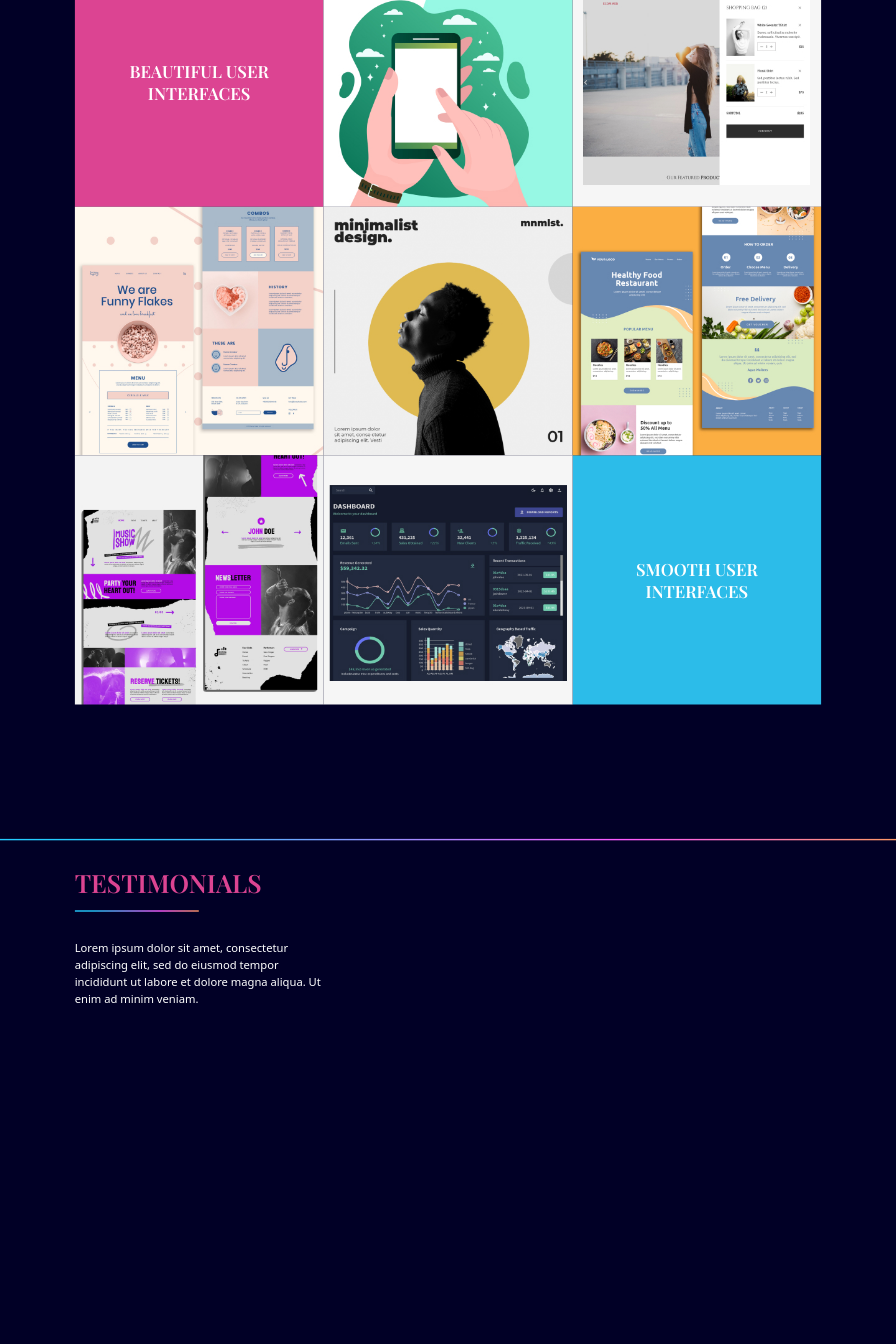
Repository: thibaultNicolas/portfolio-react
Page: /
These files come from the project's save history. The page is drawn as it stood at one moment and after a run of saves; the edit follows.
The browser window is 1280 px wide. The pictures show the part of the page from y = 2039 to 3959 px (the page is 3959 px tall), at 70% of full size.
The project was rebuilt for these pictures with package versions that can differ from the ones it lists, and the page was loaded fresh each time. Also part of the build but not shown: next.config.ts.

Above is the page before, as saved 2023-01-08 12:00:36.

### public/index.html
<!DOCTYPE html>
<html lang="en">

<head>
  <meta charset="utf-8" />
  <link rel="icon" href="%PUBLIC_URL%/favicon.ico" />
  <meta name="viewport" content="width=device-width, initial-scale=1" />
  <meta name="theme-color" content="#000000" />
  <meta name="description" content="Web site created using create-react-app" />
  <link rel="apple-touch-icon" href="%PUBLIC_URL%/logo192.png" />
  <!--
      manifest.json provides metadata used when your web app is installed on a
      user's mobile device or desktop. See https://developers.google.com/web/fundamentals/web-app-manifest/
    -->
  <link rel="manifest" href="%PUBLIC_URL%/manifest.json" />
  <!--
      Notice the use of %PUBLIC_URL% in the tags above.
      It will be replaced with the URL of the `public` folder during the build.
      Only files inside the `public` folder can be referenced from the HTML.

      Unlike "/favicon.ico" or "favicon.ico", "%PUBLIC_URL%/favicon.ico" will
      work correctly both with client-side routing and a non-root public URL.
      Learn how to configure a non-root public URL by running `npm run build`.
    -->
  <title>React App</title>
  <link href="/public/output.css" rel="stylesheet">
</head>

<body>
  <noscript>You need to enable JavaScript to run this app.</noscript>
  <div id="root"></div>
  <!--
      This HTML file is a template.
      If you open it directly in the browser, you will see an empty page.

      You can add webfonts, meta tags, or analytics to this file.
      The build step will place the bundled scripts into the <body> tag.

      To begin the development, run `npm start` or `yarn start`.
      To create a production bundle, use `npm run build` or `yarn build`.
    -->
</body>

</html>

### src/index.css
@import url('https://fonts.googleapis.com/css2?family=Open+Sans:wght@400;600&family=Playfair+Display:wght@400;600&display=swap');

@tailwind base;
@tailwind components;
@tailwind utilities;

html,
body,
#root,
.app{
    height: 100%;
    background-color: #010026;
    @apply text-white;
}

### src/scenes/Navbar.jsx
import { useState } from 'react';
import AnchorLink from 'react-anchor-link-smooth-scroll';
import useMediaQuery from '../hooks/useMediaQuery';

const Link = ({ page, selectedPage, setSelectedPage }) => {
    const lowerCasePage = page.toLowerCase();
    return (
        <AnchorLink
            className={`${selectedPage === lowerCasePage ? 'text-yellow' : ''}
            hover:text-yellow transition duration-500`}
            href={`#${lowerCasePage}`}
            onClick={() => setSelectedPage(lowerCasePage)}
        >
            {page}
        </AnchorLink>
    );
};

const Navbar = ({ isTopOfPage, selectedPage, setSelectedPage }) => {
    const [isMenuToggled, setIsMenuToggled] = useState(false);
    const isAboveSmallScreens = useMediaQuery('(min-width:768px)');
    const navbarBackground = isTopOfPage ? "" : "bg-red";

    return (
        <nav className={`${navbarBackground} z-40 w-full fixed top-0 py-6`}>
            <div className="flex items-center justify-between mx-auto w-5/6">
                <h4 className="font-playfair text-3xl font-bold">NT</h4>

                {/* DESKTOP NAV */}
                {isAboveSmallScreens ? (
                    <div className="flex justify-between gap-16 font-openSans txt-sm font-semibold">
                        <Link
                            page="Home"
                            selectedPage={selectedPage}
                            setSelectedPage={setSelectedPage}
                        />
                        <Link
                            page="Skills"
                            selectedPage={selectedPage}
                            setSelectedPage={setSelectedPage}
                        />
                        <Link
                            page="Projects"
                            selectedPage={selectedPage}
                            setSelectedPage={setSelectedPage}
                        />
                        <Link
                            page="Testimonials"
                            selectedPage={selectedPage}
                            setSelectedPage={setSelectedPage}
                        />
                        <Link
                            page="Contact"
                            selectedPage={selectedPage}
                            setSelectedPage={setSelectedPage}
                        />
                    </div>
                ) : (
                    <button
                        className="rounded-full bg-red p-2"
                        onClick={() => setIsMenuToggled(!isMenuToggled)}
                    >
                        <img src="../assets/menu-icon.svg" alt="menu-icon" />
                    </button>
                )}

                {/* MOBILE MENU POPUP */}
                {!isAboveSmallScreens && isMenuToggled && (
                    <div className="fixed right-0 bottom-0 h-full bg-blue w-[300px]">
                        {/* CLOSE ICON */}
                        <div className="flex justify-end p-12">
                            <button
                                onClick={() => setIsMenuToggled(!isMenuToggled)}
                            >
                                <img
                                    src="../assets/close-icon.svg"
                                    alt="close-icon"
                                />
                            </button>
                        </div>
                        {/* MENU ITEMS */}
                        <div className="flex flex-col gap-10 ml-[33%] text-2xl text-deep-blue">
                            <Link
                                page="Home"
                                selectedPage={selectedPage}
                                setSelectedPage={setSelectedPage}
                            />
                            <Link
                                page="Skills"
                                selectedPage={selectedPage}
                                setSelectedPage={setSelectedPage}
                            />
                            <Link
                                page="Projects"
                                selectedPage={selectedPage}
                                setSelectedPage={setSelectedPage}
                            />
                            <Link
                                page="Testimonials"
                                selectedPage={selectedPage}
                                setSelectedPage={setSelectedPage}
                            />
                            <Link
                                page="Contact"
                                selectedPage={selectedPage}
                                setSelectedPage={setSelectedPage}
                            />
                        </div>
                    </div>
                )}
            </div>
        </nav>
    );
};

export default Navbar;

### src/scenes/DotGroup.jsx
import AnchorLink from 'react-anchor-link-smooth-scroll';
const DotGroup = ({ selectedPage, setSelectedPage }) => {
    const selectedStyles = `relative bg-yellow before:absolute before:w-6 before:h-6
    before:rounded-full before:border-2 before:border-yellow before:left-[-50%]
    before:top-[-50%]`;
    return (
        <div className="flex flex-col gap-6 fixed top-[60%] right-7">
            <AnchorLink
                className={`${selectedPage === 'home' ? selectedStyles : 'bg-dark-grey'}
            w-3 h-3 rounded-full`}
                href="#home"
                onClick={() => setSelectedPage('home')}
            />
            <AnchorLink
                className={`${selectedPage === 'skills' ? selectedStyles : 'bg-dark-grey'}
            w-3 h-3 rounded-full`}
                href="#skills"
                onClick={() => setSelectedPage('skills')}
            />
            <AnchorLink
                className={`${selectedPage === 'projects' ? selectedStyles : 'bg-dark-grey'}
            w-3 h-3 rounded-full`}
                href="#projects"
                onClick={() => setSelectedPage('projects')}
            />
            <AnchorLink
                className={`${selectedPage === 'testimonials' ? selectedStyles : 'bg-dark-grey'}
            w-3 h-3 rounded-full`}
                href="#testimonials"
                onClick={() => setSelectedPage('testimonials')}
            />
            <AnchorLink
                className={`${selectedPage === 'contact' ? selectedStyles : 'bg-dark-grey'}
            w-3 h-3 rounded-full`}
                href="#contact"
                onClick={() => setSelectedPage('contact')}
            />
        </div>
    );
};
export default DotGroup;

### src/scenes/Landing.jsx
import SocialMediaIcons from '../components/SocialMediaIcons';
import useMediaQuery from '../hooks/useMediaQuery';
import { motion } from 'framer-motion';
import AnchorLink from 'react-anchor-link-smooth-scroll';

const Landing = ({ setSelectedPage }) => {
    const isAboveMediumScreens = useMediaQuery('(min-width:1060px)');

    return (
        <section
            id="home"
            className="md:flex md:justify-between md:items-center md:h-full gap-16 py-10"
        >
            {/* IMAGE SECTION */}
            <div className="md:order-2 flex justify-center basis-3/5 z-10 mt-16 md:mt-32">
                {isAboveMediumScreens ? (
                    <div className="relative z-0 ml-20 before:absolute before:-top-20 before:-left-20 before:rounded-t-[400px] before:w-full before:max-w-[400px] before:h-full before:border-2 before:border-blue before:z-[-1]">
                        <img
                            src="assets/profile-image.png"
                            alt="profile"
                            className="hover:filter hover:saturate-200 transition duration-500 z-10 w-full max-w-[400px] md:max-w-[600px]"
                        />
                    </div>
                ) : (
                    <img
                        src="assets/profile-image.png"
                        alt="profile"
                        className="hover:filter hover:saturate-200 transition duration-500 z-10 w-full max-w-[400px] md:max-w-[600px]"
                    />
                )}
            </div>

            {/* MAIN SECTION */}
            <div className="z-30 basis-2/5 mt-12 md:mt-32">
                {/* HEADING SECTION */}
                <motion.div
                    initial="hidden"
                    whileInView="visible"
                    viewport={{ once: true, amount: 0.5 }}
                    transition={{ duration: 0.5 }}
                    variants={{
                        hidden: { opacity: 0, x: -50 },
                        visible: { opacity: 1, x: 0 },
                    }}
                >
                    <p className="text-6xl font-playfair z-10 text-center md:text-start">
                        Nicolas {''}
                        <span
                            className="xs:relative xs:text-deep-blue xs:font-semibold z-20
                        xs:before:content-brush before:absolute before:-left-[25px] before:-top-[70px] before:z-[-1]
                        "
                        >
                            Thibault
                        </span>
                    </p>
                    <p className="mt-10 mb-7 text-sm text-center md:text-start">
                        Lorem ipsum dolor sit amet, consectetur adipiscing elit,
                        sed do eiusmod tempor incididunt ut labore et dolore
                        magna aliqua. Ut enim ad minim veniam.
                    </p>
                </motion.div>

                {/* CALL TO ACTION */}
                <motion.div
                    className="flex mt-5 justify-center md:justify-start"
                    initial="hidden"
                    whileInView="visible"
                    viewport={{ once: true, amount: 0.5 }}
                    transition={{ delay: 0.2, duration: 0.5 }}
                    variants={{
                        hidden: { opacity: 0, x: -50 },
                        visible: { opacity: 1, x: 0 },
                    }}
                >
                    <AnchorLink
                        className="bg-gradient-rainblue txt-deep-blue rounded-sm py-3 px-7 font-semibold hover:bg-blue hover:text-white transition duration-500"
                        onClick={() => setSelectedPage('contact')}
                        href="#contact"
                    >
                        Contact Me
                    </AnchorLink>

                    <AnchorLink
                        className="rounded-r-sm bg-gradient-rainblue py-0.5 pr-0.5"
                        onClick={() => setSelectedPage('contact')}
                        href="#contact"
                    >
                        <div className="bg-deep-blue hover:text-red transition duration-500 w-full h-full flex items-center justify-center font-playfair px-10">
                            Let's talk.
                        </div>
                    </AnchorLink>
                </motion.div>

                <motion.div
                    className="flex mt-5 justify-center md:justify-start"
                    initial="hidden"
                    whileInView="visible"
                    viewport={{ once: true, amount: 0.5 }}
                    transition={{ delay: 0.4, duration: 0.5 }}
                    variants={{
                        hidden: { opacity: 0, x: -50 },
                        visible: { opacity: 1, x: 0 },
                    }}
                >
                    <SocialMediaIcons />
                </motion.div>
            </div>
        </section>
    );
};
export default Landing;

### src/scenes/Projects.jsx
import LineGradient from '../components/LineGradient';
import useMediaQuery from '../hooks/useMediaQuery';
import { motion } from 'framer-motion';

const container = {
    hidden: {},
    visible: {
        transition: { staggerChildren: 0.2 },
    },
};

const projectVariant = {
    hidden: { opacity: 0, scale: 0.8 },
    visible: { opacity: 1, scale: 1 },
};

const Project = ({ title }) => {
    const projectTitle = title.split(' ').join('-').toLowerCase();
    const overlayStyles = `absolute h-full w-full opacity-0 hover:opacity-90 transition duration-500 bg-grey z-30 flex flex-col justify-center items-center text-center p-16 text-deep-blue`;

    return (
        <motion.div variants={projectVariant} className="relative">
            <div className={overlayStyles}>
                <p className="text-2xl font-playfair">{title}</p>
                <p className="mt-7">
                    Lorem ipsum dolor sit amet, consectetur adipiscing elit, sed
                    do eiusmod tempor incididunt ut labore et dolore magna
                    aliqua. Ut enim ad minim veniam.
                </p>
            </div>
            <img src={`../assets/${projectTitle}.jpeg`} alt={projectTitle} />
        </motion.div>
    );
};

const Projects = () => {
    const isAboveMediumScreens = useMediaQuery('(min-width:1060px)');

    return (
        <section id="projects" className="pt-48 pb-48">
            {/* HEADINGS */}
            <div className="md:flex md:justify-between md:gap-16 mt-32">
                <motion.div
                    className="md:w-2/5 mx-auto text-center"
                    initial="hidden"
                    whileInView="visible"
                    viewport={{ once: true, amount: 0.5 }}
                    transition={{ duration: 0.5 }}
                    variants={{
                        hidden: { opacity: 0, x: -50 },
                        visible: { opacity: 1, x: 0 },
                    }}
                >
                    <div>
                        <p className="font-playfair font-semibold text-4xl">
                            MY <span className="text-red">PRO</span>JECTS
                        </p>
                        <div className="flex justify-center mt-5">
                            <LineGradient width="w-1/3" />
                        </div>
                    </div>

                    <p className="mt-10 mb-10">
                        Lorem ipsum dolor sit amet, consectetur adipiscing elit,
                        sed do eiusmod tempor incididunt ut labore et dolore
                        magna aliqua. Ut enim ad minim veniam.
                    </p>
                </motion.div>
            </div>
            {/* PROJECTS */}
            <div className="flex justify-center">
                <motion.div
                    className="sm:grid sm:grid-cols-2 md:grid-cols-3"
                    initial="hidden"
                    whileInView="visible"
                    viewport={{ once: true, amount: 0.5 }}
                    variants={container}
                >
                    {/* ROW 1 */}
                    <div className="flex justify-center text-center items-center p-10 bg-red max-w-[400px] max-h-[400px] text-2xl font-playfair font-semibold">
                        BEAUTIFUL USER INTERFACES
                    </div>

                    <Project title="Project 1" />
                    <Project title="Project 2" />

                    {/* ROW 2 */}
                    <Project title="Project 3" />
                    <Project title="Project 4" />
                    <Project title="Project 5" />

                    {/* ROW 3 */}
                    <Project title="Project 6" />
                    <Project title="Project 7" />

                    <div className="flex justify-center text-center items-center p-10 bg-blue max-w-[400px] max-h-[400px] text-2xl font-playfair font-semibold">
                        SMOOTH USER INTERFACES
                    </div>
                </motion.div>
            </div>
        </section>
    );
};
export default Projects;

### src/scenes/Testimonials.jsx
import LineGradient from '../components/LineGradient';
import useMediaQuery from '../hooks/useMediaQuery';
import { motion } from 'framer-motion';

const Testimonials = () => {
    const testimonialsStyles = `mx-auto relative max-w-[400px] h-[350px] flex flex-col justify-end pt-16 ,t-48 before:absolute before:top-[-120px] before:-ml-[110px] before:left-1/2`;

    return (
        <section id="testimonials" className="pt-10 pb-24">
            {/* HEADING */}

            <motion.div
                className="md:w-1/3 text-center md:text-left"
                initial="hidden"
                whileInView="visible"
                viewport={{ once: true, amount: 0.5 }}
                transition={{ duration: 0.5 }}
                variants={{
                    hidden: { opacity: 0, x: -50 },
                    visible: { opacity: 1, x: 0 },
                }}
            >
                <p className="font-playfair font-semibold text-4xl mb-5 text-red">
                    TESTIMONIALS
                </p>
                <LineGradient width="w-2/4" />
                <p className="mt-10">
                    Lorem ipsum dolor sit amet, consectetur adipiscing elit, sed
                    do eiusmod tempor incididunt ut labore et dolore magna
                    aliqua. Ut enim ad minim veniam.
                </p>
            </motion.div>

            {/* TESTIMONIALS */}
            <div className='md:flex md:justify-between gap-8'>
            <motion.div
                className={`bg-blue ${testimonialsStyles}` }
                initial="hidden"
                whileInView="visible"
                viewport={{ once: true, amount: 0.5 }}
                transition={{ duration: 0.5 }}
                variants={{
                    hidden: { opacity: 0, x: -50 },
                    visible: { opacity: 1, x: 0 },
                }}
            >

            </motion.div>
            </div>
        </section>
    );
};
export default Testimonials;

### src/components/LineGradient.jsx
const LineGradient = ({ width = 'w-full' }) => {
    return (
        <div className={`h-0.5 ${width} bg-gradient-rainblue`}>

        </div>
    )
};

export default LineGradient;

### src/hooks/useMediaQuery.jsx
import { useState, useEffect } from 'react';

const useMediaQuery = (query) => {
    const [matches, setMatches] = useState(false);

    useEffect(() => {
        const media = window.matchMedia(query);
        if (media.matches !== matches) {
            setMatches(media.matches);
        }
        const listener = () => setMatches(media.matches);
        window.addEventListener('resize', listener);
        return () => window.removeEventListener('resize', listener);
    }, [matches, query]);

    return matches;
};

export default useMediaQuery;

### src/components/SocialMediaIcons.jsx

const SocialMediaIcons = () =>{
    return (
        <div className="flex justify-center md:justify-start my-10 gap-7">
            <a
            className="hover:opacity-50 transition duration-500"
            href="https://www.linkedin.com/in/nicolas-thibault-6652b9194/"
            target="_blank"
            rel="noreferrer">
                <img src="../assets/linkedin.png" alt="linkedin-link" />
            </a>
            <a
            className="hover:opacity-50 transition duration-500"
            href="https://www.facebook.com/nicolas.thibault3/"
            target="_blank"
            rel="noreferrer">
                <img src="../assets/facebook.png" alt="facebook-link" />
            </a>
            <a
            className="hover:opacity-50 transition duration-500"
            href="https://www.instagram.com/nicolasthibault_/"
            target="_blank"
            rel="noreferrer">
                <img src="../assets/instagram.png" alt="instagram-link" />
            </a>
        </div>
    )
}
export default SocialMediaIcons;

Loaded but not shown: src/index.js (common file); src/App.js (53 lines, source omitted); tailwind.config.js (41 lines, source omitted); public/output.css (740 lines, source omitted); src/scenes/MySkills.jsx (144 lines, source omitted)

After the next 3 saves:
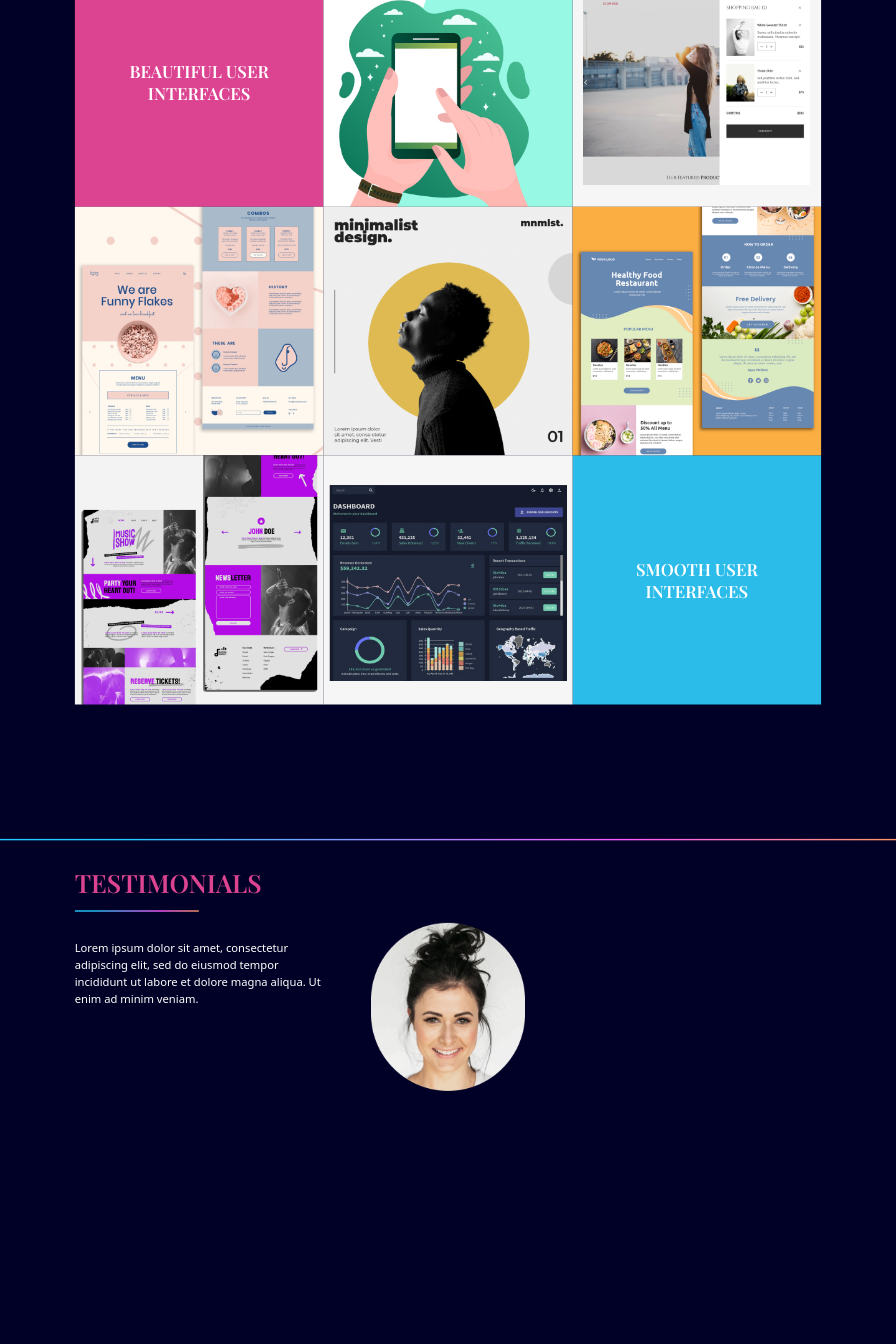
The 3 saves are shown as one change because 1 did not build or start and some came seconds apart.
The last was saved 14 s later.
--- a/src/scenes/Testimonials.jsx
+++ b/src/scenes/Testimonials.jsx
@@ -32,20 +32,18 @@ const Testimonials = () => {
             </motion.div>
 
             {/* TESTIMONIALS */}
-            <div className='md:flex md:justify-between gap-8'>
-            <motion.div
-                className={`bg-blue ${testimonialsStyles}` }
-                initial="hidden"
-                whileInView="visible"
-                viewport={{ once: true, amount: 0.5 }}
-                transition={{ duration: 0.5 }}
-                variants={{
-                    hidden: { opacity: 0, x: -50 },
-                    visible: { opacity: 1, x: 0 },
-                }}
-            >
-
-            </motion.div>
+            <div className="md:flex md:justify-between gap-8">
+                <motion.div
+                    className={`bg-blue ${testimonialsStyles} before:content-person1`}
+                    initial="hidden"
+                    whileInView="visible"
+                    viewport={{ once: true, amount: 0.5 }}
+                    transition={{ duration: 0.5 }}
+                    variants={{
+                        hidden: { opacity: 0, x: -50 },
+                        visible: { opacity: 1, x: 0 },
+                    }}
+                ></motion.div>
             </div>
         </section>
     );
